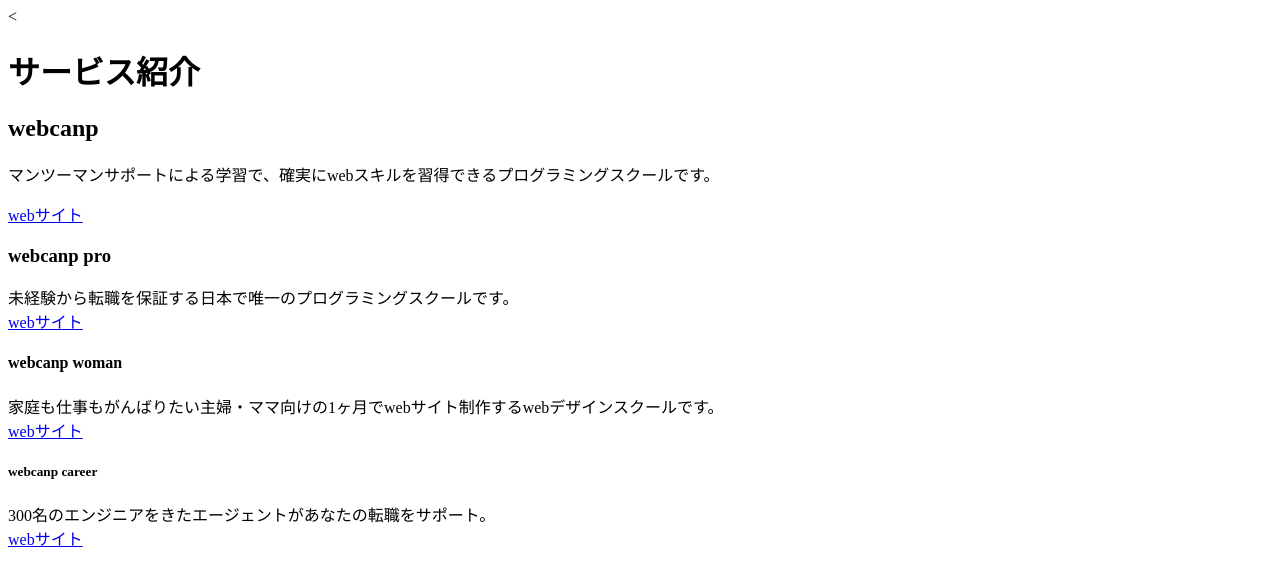
Repository: itoudaiki/git-practice
Page: sample/sample.html
The author's editor kept a record of every edit. The page is drawn from the files as they stood at one moment, then again after the next edit.
The browser window is 1280 px wide. The pictures show the whole page.

Above is the page before.

After the next edit:
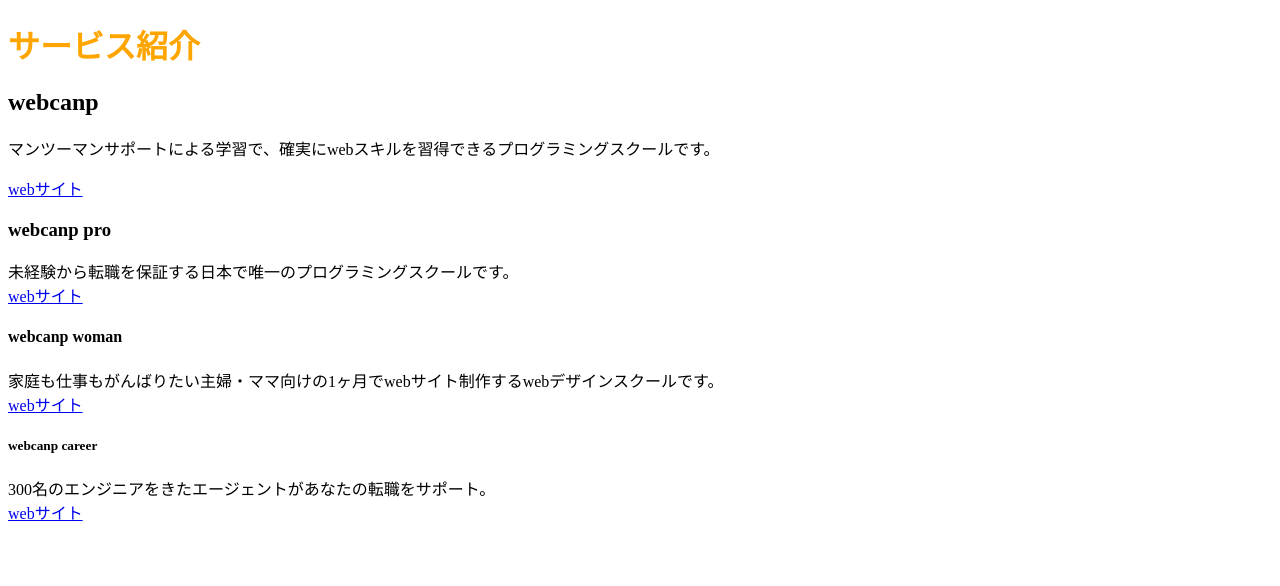
The edit:
--- a/sample/sample.html
+++ b/sample/sample.html
@@ -3,7 +3,7 @@
   <head>
     <meta charset="UTF-8" />
     <title>初めてのHTML</title>
-    <<link rel="styleshee"= href"=style.css"/>
+    <link rel="stylesheet" href="style.css" />
   </head>
   <h1>サービス紹介</h1>
   <body>
